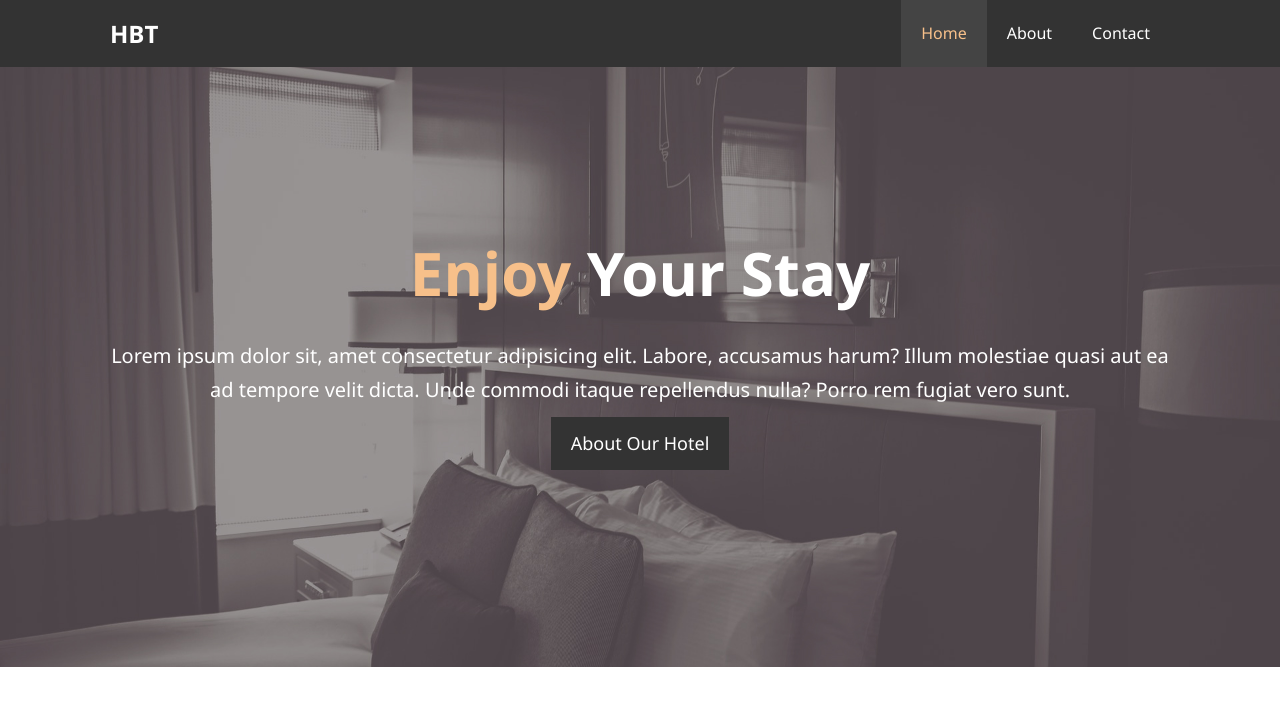
Repository: minhtien9/hotel-website
Page: index.html
These files come from the project's save history. The page is drawn as it stood at one moment and after a run of saves; the edit follows.
The browser window is 1280 px wide. The pictures show the whole page.
The pointer rests on the first visible `.btn`.

Above is the page before, as saved 2021-08-14 11:41:28.

### index.html
<!DOCTYPE html>
<html lang="en">

<head>
    <meta charset="UTF-8" />
    <meta http-equiv="X-UA-Compatible" content="IE=edge" />
    <meta name="viewport" content="width=device-width, initial-scale=1.0" />
    <meta name="description" content="Welcome to the most extraordinary hotel in Boston Massachusetts" />
    <meta name="keywords" content="hotel, boston hotel, new england hotel" />
    <link rel="stylesheet" href="css/style.css" />
    <title>Hotel BT | Welcome</title>
</head>

<body>
    <header>
        <nav id="navbar">
            <div class="container">
                <h1 class="logo">
                    <a href="index.html"></a> HBT</h1>
                <ul>
                    <li><a class="current" href="index.html">Home</a></li>
                    <li><a href="about.html">About</a></li>
                    <li><a href="contact.html">Contact</a></li>
                </ul>
            </div>
        </nav>
        <div id="showcase">
            <div class="container">
                <div class="showcase-content">
                    <h1><span class="text-primary">Enjoy </span>Your Stay</h1>
                    <p class="lead">
                        Lorem ipsum dolor sit, amet consectetur adipisicing elit. Labore, accusamus harum? Illum molestiae quasi aut ea ad tempore velit dicta. Unde commodi itaque repellendus nulla? Porro rem fugiat vero sunt.
                    </p>
                    <a class="btn" href="about.html">About Our Hotel</a>
                </div>
            </div>
        </div>
    </header>
</body>

</html>

### css/style.css
/* Reset */

* {
    margin: 0;
    padding: 0;
    box-sizing: border-box;
}


/* Main Styling */

html,
body {
    font-family: 'Segoe UI', Tahoma, Geneva, Verdana, sans-serif;
    line-height: 1.7em;
}

a {
    color: #333;
    text-decoration: none;
}

h1,
h2,
h3 {
    padding-bottom: 20px;
}

p {
    margin: 10px 0;
}


/* Utility Classes */

.container {
    margin: auto;
    max-width: 1100px;
    overflow: auto;
    padding: 0 20px;
}

.text-primary {
    color: #f7c08a;
}

.lead {
    font-size: 20px;
}

.btn {
    display: inline-block;
    font-size: 18px;
    color: #fff;
    background: #333;
    padding: 13px 20px;
    border: none;
    cursor: pointer;
}


/* Navbar */

#navbar {
    background: #333;
    color: #fff;
    overflow: auto;
}

#navbar a {
    color: #fff;
}

#navbar h1 {
    float: left;
    padding-top: 20px;
}

#navbar ul {
    list-style: none;
    float: right;
}

#navbar ul li {
    float: left;
}

#navbar ul li a {
    display: block;
    padding: 20px;
    text-align: center;
}

#navbar ul li a:hover,
#navbar ul li a.current {
    background: #444;
    color: #f7c08a;
}


/* Show case */

#showcase {
    background: url('../img/showcase.jpg') no-repeat center center/cover;
    height: 600px;
}

#showcase .showcase-content {
    color: #fff;
    text-align: center;
    padding-top: 170px;
}

#showcase .showcase-content h1 {
    font-size: 60px;
    line-height: 1.2em;
}

#showcase .showcase-content p {
    padding: bottom 20px;
    line-height: 1.7em;
}

After the next 2 saves:
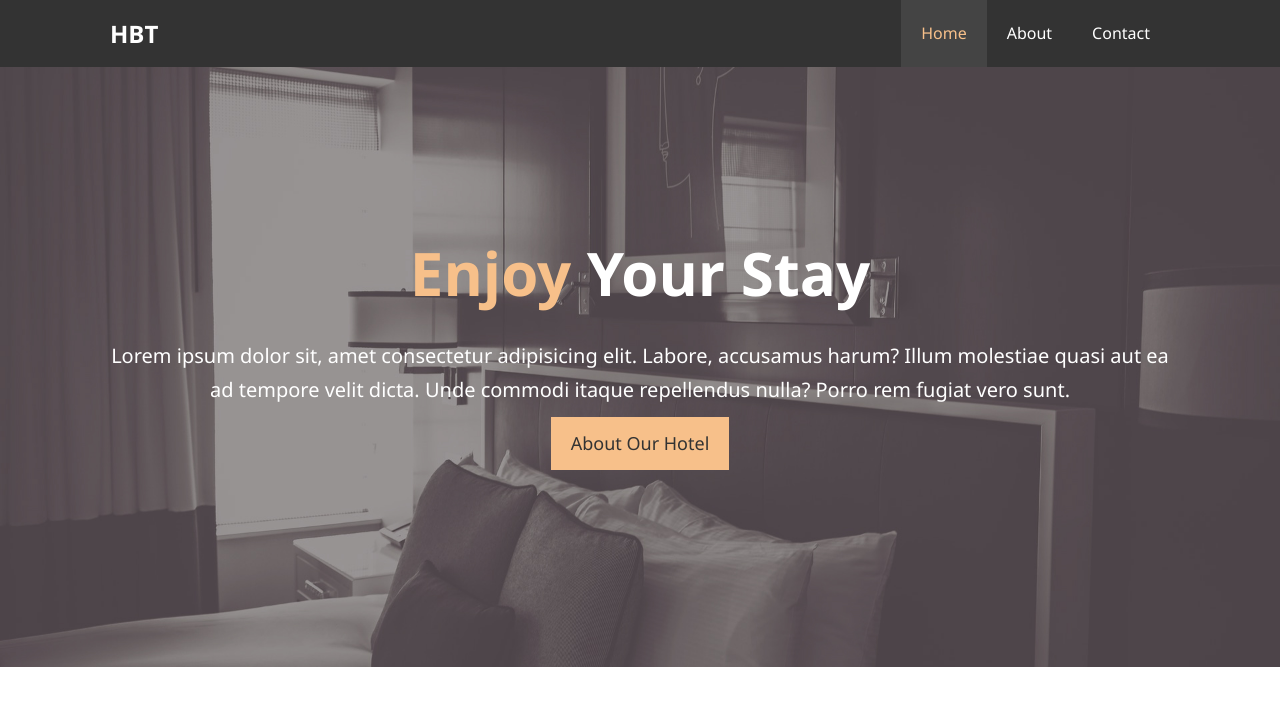
The 2 saves are shown as one change because they came seconds apart.
The last was saved 35 s later.
--- a/css/style.css
+++ b/css/style.css
@@ -56,6 +56,11 @@ p {
     padding: 13px 20px;
     border: none;
     cursor: pointer;
+}
+
+.btn:hover {
+    background: #f7c08a;
+    color: #333;
 }
 
 
